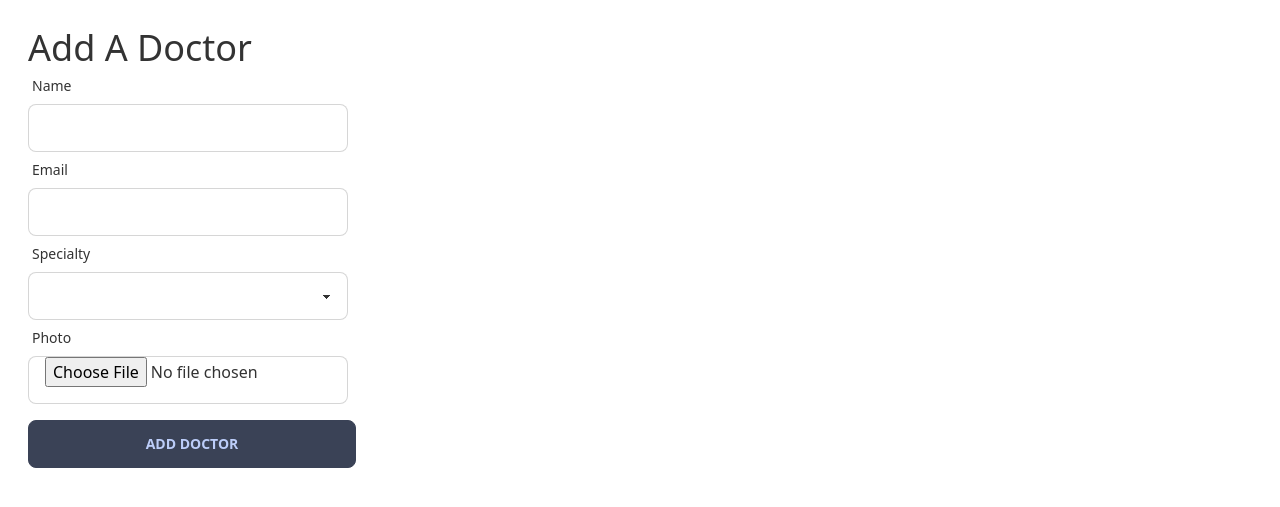
Repository: mdrubel02/yummy-yums-client
Page: /login
The author's editor kept a copy of each file at every save. The page is drawn from the files as they stood at one save, then again after the next save.
The browser window is 1280 px wide. The pictures show the whole page.
The project was rebuilt for these pictures with package versions that can differ from the ones it lists, and the page was loaded fresh each time. Also part of the build but not shown: vite.config.js.

Above is the page before, as saved 2023-04-06 17:27:51.

### src/App.jsx
import React from 'react'
import Home from './Components/Home/Home'

function App() {
  return (
    <>
    <Home/>
    </>
  )
}

export default App

### src/Components/Home/Home.js
import React from 'react';

const Home = () => {
    return (
        <div>
            <div className='w-96 p-7'>
                <h2 className="text-4xl">Add A Doctor</h2>
                <form >
                    <div className="form-control w-full max-w-xs">
                        <label className="label"> <span className="label-text">Name</span></label>
                        <input type="text"  className="input input-bordered w-full max-w-xs" />
                    </div>
                    <div className="form-control w-full max-w-xs">
                        <label className="label"> <span className="label-text">Email</span></label>
                        <input type="email" className="input input-bordered w-full max-w-xs" />

                    </div>
                    <div className="form-control w-full max-w-xs">
                        <label className="label"> <span className="label-text">Specialty</span></label>
                        <select
                            className="select input-bordered w-full max-w-xs">
                          </select>
                    </div>
                    <div className="form-control w-full max-w-xs">
                        <label className="label"> <span className="label-text">Photo</span></label>
                        <input type="file"  className="input input-bordered w-full max-w-xs" />

                    </div>
                    <input className='btn btn-accent w-full mt-4' value="Add Doctor" type="submit" />
                </form>
            </div>
        </div>
    );
};

export default Home;

### tailwind.config.js
/** @type {import('tailwindcss').Config} */
export default {
  content: [
    "./index.html",
    "./src/**/*.{js,ts,jsx,tsx}",
  ],
  daisyui:{
    themes: [
      {
        doctortheme:{
          primary: '#0FCFEC',
          secondary: '#19D3AE',
          accent: "#3A4256",
          neutral: "#3D4451",
          "base-100": "#FFFFFF",
        }
      }
    ]
  },
  theme: {
    extend: {},
  },
  plugins: [require("daisyui")],
}

Loaded but not shown: index.html (common file); src/main.jsx (common file); src/index.css (common file)

After the next save:
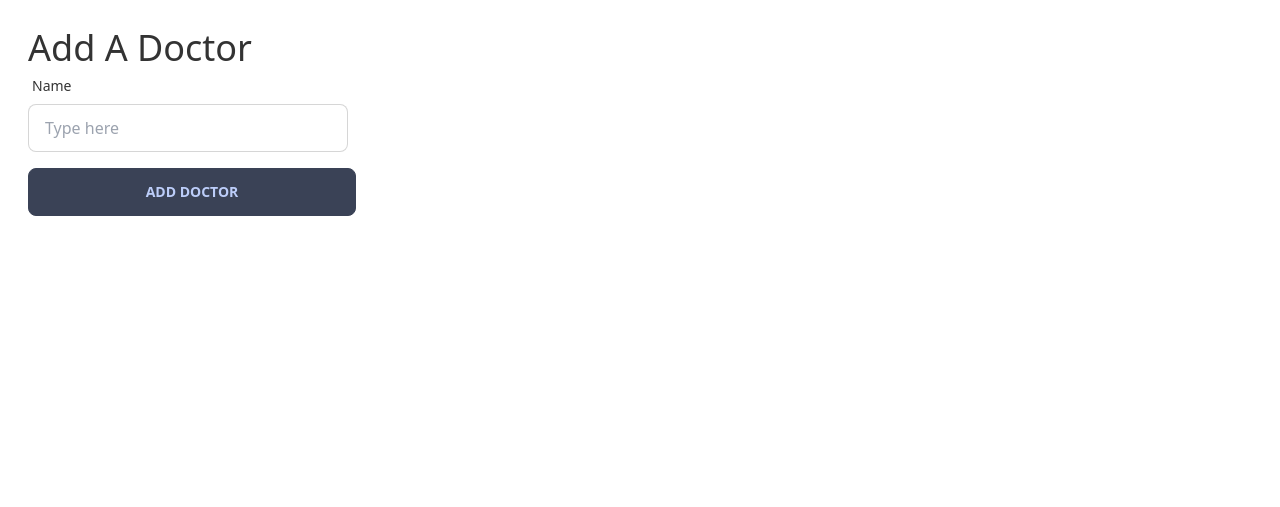
Saved 3 min 9 s later.
--- a/src/Components/Home/Home.js
+++ b/src/Components/Home/Home.js
@@ -8,23 +8,7 @@ const Home = () => {
                 <form >
                     <div className="form-control w-full max-w-xs">
                         <label className="label"> <span className="label-text">Name</span></label>
-                        <input type="text"  className="input input-bordered w-full max-w-xs" />
-                    </div>
-                    <div className="form-control w-full max-w-xs">
-                        <label className="label"> <span className="label-text">Email</span></label>
-                        <input type="email" className="input input-bordered w-full max-w-xs" />
-
-                    </div>
-                    <div className="form-control w-full max-w-xs">
-                        <label className="label"> <span className="label-text">Specialty</span></label>
-                        <select
-                            className="select input-bordered w-full max-w-xs">
-                          </select>
-                    </div>
-                    <div className="form-control w-full max-w-xs">
-                        <label className="label"> <span className="label-text">Photo</span></label>
-                        <input type="file"  className="input input-bordered w-full max-w-xs" />
-
+                        <input type="text" placeholder="Type here" className="input input-bordered w-full max-w-xs" />
                     </div>
                     <input className='btn btn-accent w-full mt-4' value="Add Doctor" type="submit" />
                 </form>
